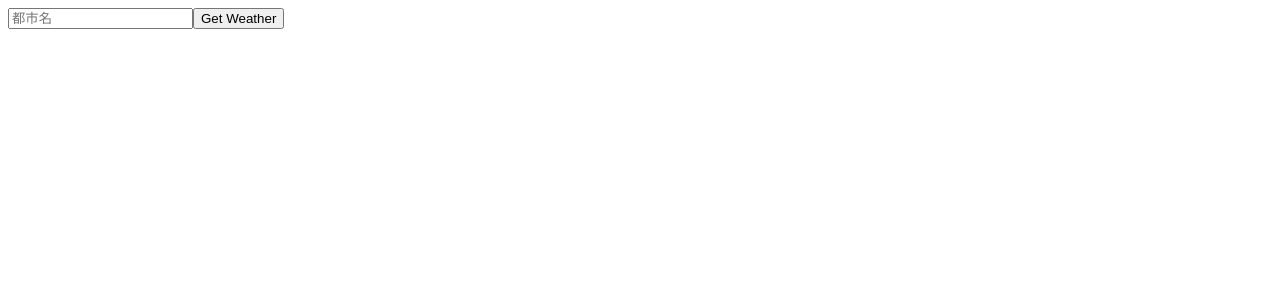
Repository: RyougaSeko/react-weather-app
Page: /
These files come from the project's save history. The page is drawn as it stood at one moment and after the next save; the edit follows.
The browser window is 1280 px wide. The pictures show the whole page.
The project was rebuilt for these pictures with package versions that can differ from the ones it lists, and the page was loaded fresh each time. Also part of the build but not shown: src/App.css.

Above is the page before, as saved 2022-10-08 17:54:49.

After the next save:
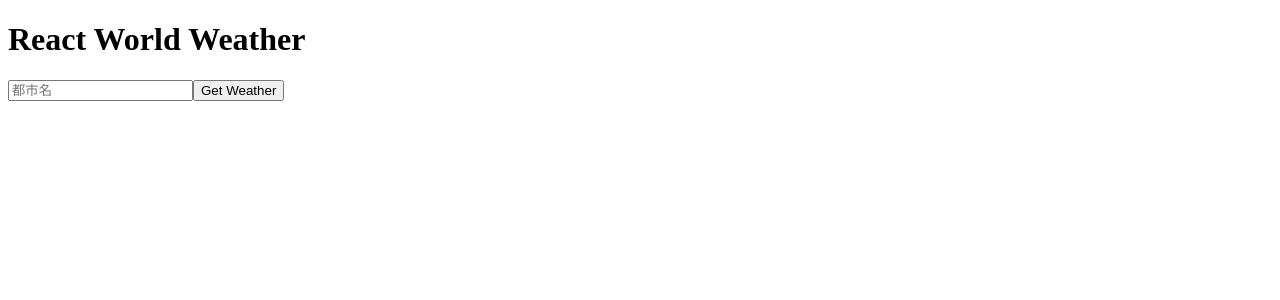
Saved 11 s later.
--- a/src/components/Title.js
+++ b/src/components/Title.js
@@ -1,9 +1,10 @@
 //Title.js
+import React from 'react'
 
 const Title = () => {
-    // return (
-    //     <h1>React World Weather</h1>   //追加
-    // );
+    return (
+        <h1>React World Weather</h1>   //追加
+    );
 };
 
 export default Title;
